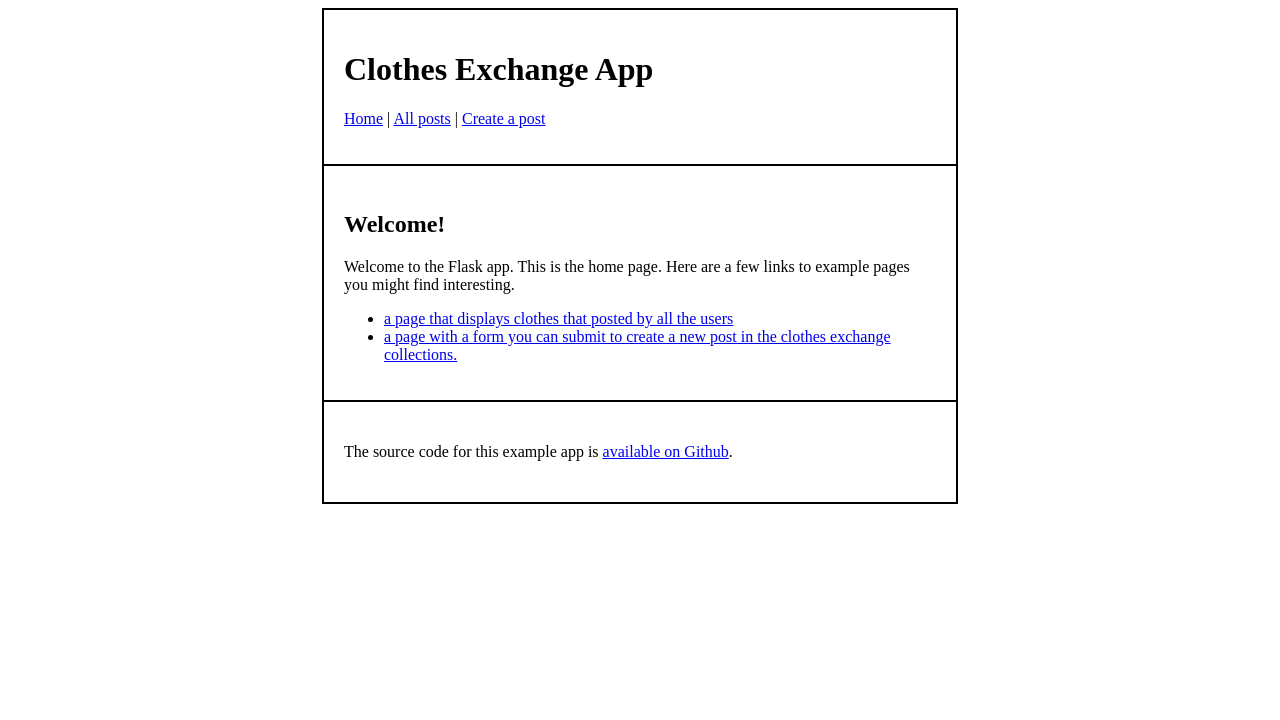
Repository: dbdesign-students-spring2024/7-web-app-dianachen1013
Page: http://localhost/
These files come from the project's save history. The page is drawn as it stood at one moment and after the next save; the edit follows.
The browser window is 1280 px wide. The pictures show the whole page.
The page is served by the project's application, run on Flask 3 (app.py).

Above is the page before, as saved 2024-04-15 17:29:44.

### templates/index.html
{% extends 'base.html' %}

{% block container %}
<h2>Welcome!</h2>
<p>Welcome to the Flask app. This is the home page. Here are a few links to example pages you might find interesting.
    <ul>
        <li><a href="{{ url_for('read')}}">a page that displays clothes that posted by all the users</a></li>
        <li><a href="{{ url_for('create')}}">a page with a form you can submit to create a new post in the clothes exchange collections.</a></li>
    </ul>
</p>
{% endblock %}

### templates/base.html
<!DOCTYPE html>
<html>
  <head>
    <title>Clothes Exchange App</title>
    <link
      rel="stylesheet"
      href="{{ url_for('static', filename='css/style.css') }}"
    />
  </head>
  <body>
    <div class="container">
      <header>
        <h1>Clothes Exchange App</h1>
        <p>
          <a href="{{ url_for('home')}}">Home</a> |
          <a href="{{ url_for('read')}}">All posts</a> |
          <a href="{{ url_for('create')}}">Create a post</a>
        </p>
      </header>
      <main>{% block container %} {% endblock %}</main>
      <footer>
        <p>
          The source code for this example app is
          <a href="https://github.com/nyu-database-design/flask-mongodb-web-app"
            >available on Github</a
          >.
        </p>
      </footer>
    </div>
  </body>
</html>

### app.py
#!/usr/bin/env python3

import os
import sys
import subprocess
import datetime

from flask import Flask, render_template, request, redirect, url_for, make_response

# import logging
import sentry_sdk
from sentry_sdk.integrations.flask import (
    FlaskIntegration,
)  # delete this if not using sentry.io

# from markupsafe import escape
import pymongo
from pymongo.errors import ConnectionFailure
from bson.objectid import ObjectId
from dotenv import load_dotenv

# load credentials and configuration options from .env file
# if you do not yet have a file named .env, make one based on the template in env.example
load_dotenv(override=True)  # take environment variables from .env.

# initialize Sentry for help debugging... this requires an account on sentrio.io
# you will need to set the SENTRY_DSN environment variable to the value provided by Sentry
# delete this if not using sentry.io
sentry_sdk.init(
    dsn=os.getenv("SENTRY_DSN"),
    # enable_tracing=True,
    # Set traces_sample_rate to 1.0 to capture 100% of transactions for performance monitoring.
    traces_sample_rate=1.0,
    # Set profiles_sample_rate to 1.0 to profile 100% of sampled transactions.
    # We recommend adjusting this value in production.
    integrations=[FlaskIntegration()],
    send_default_pii=True,
)

# instantiate the app using sentry for debugging
app = Flask(__name__)

# # turn on debugging if in development mode
# app.debug = True if os.getenv("FLASK_ENV", "development") == "development" else False

# try to connect to the database, and quit if it doesn't work
try:
    cxn = pymongo.MongoClient(os.getenv("MONGO_URI"))
    db = cxn[os.getenv("MONGO_DBNAME")]  # store a reference to the selected database

    # verify the connection works by pinging the database
    cxn.admin.command("ping")  # The ping command is cheap and does not require auth.
    print(" * Connected to MongoDB!")  # if we get here, the connection worked!
except ConnectionFailure as e:
    # catch any database errors
    # the ping command failed, so the connection is not available.
    print(" * MongoDB connection error:", e)  # debug
    sentry_sdk.capture_exception(e)  # send the error to sentry.io. delete if not using
    sys.exit(1)  # this is a catastrophic error, so no reason to continue to live


# set up the routes


@app.route("/")
def home():
    """
    Route for the home page.
    Simply returns to the browser the content of the index.html file located in the templates folder.
    """
    return render_template("index.html")


@app.route("/read")
def read():
    """
    Route for GET requests to the read page.
    Displays some information for the user with links to other pages.
    """
    docs = db.exampleapp.find({}).sort(
        "created_at", -1
    )  # sort in descending order of created_at timestamp
    return render_template("read.html", docs=docs)  # render the read template


@app.route("/create")
def create():
    """
    Route for GET requests to the create page.
    Displays a form users can fill out to create a new document.
    """
    return render_template("create.html")  # render the create template


@app.route("/create", methods=["POST"])
def create_post():
    """
    Route for POST requests to the create page.
    Accepts the form submission data for a new document and saves the document to the database.
    """
    name = request.form["fname"]
    message = request.form["fmessage"]

    # create a new document with the data the user entered
    doc = {"name": name, "message": message, "created_at": datetime.datetime.utcnow()}
    db.exampleapp.insert_one(doc)  # insert a new document

    return redirect(
        url_for("read")
    )  # tell the browser to make a request for the /read route


@app.route("/edit/<mongoid>")
def edit(mongoid):
    """
    Route for GET requests to the edit page.
    Displays a form users can fill out to edit an existing record.

    Parameters:
    mongoid (str): The MongoDB ObjectId of the record to be edited.
    """
    doc = db.exampleapp.find_one({"_id": ObjectId(mongoid)})
    return render_template(
        "edit.html", mongoid=mongoid, doc=doc
    )  # render the edit template


@app.route("/edit/<mongoid>", methods=["POST"])
def edit_post(mongoid):
    """
    Route for POST requests to the edit page.
    Accepts the form submission data for the specified document and updates the document in the database.

    Parameters:
    mongoid (str): The MongoDB ObjectId of the record to be edited.
    """
    name = request.form["fname"]
    message = request.form["fmessage"]

    doc = {
        # "_id": ObjectId(mongoid),
        "name": name,
        "message": message,
        "created_at": datetime.datetime.utcnow(),
    }

    db.exampleapp.update_one(
        {"_id": ObjectId(mongoid)}, {"$set": doc}  # match criteria
    )

    return redirect(
        url_for("read")
    )  # tell the browser to make a request for the /read route


@app.route("/delete/<mongoid>")
def delete(mongoid):
    """
    Route for GET requests to the delete page.
    Deletes the specified record from the database, and then redirects the browser to the read page.

    Parameters:
    mongoid (str): The MongoDB ObjectId of the record to be deleted.
    """
    db.exampleapp.delete_one({"_id": ObjectId(mongoid)})
    return redirect(
        url_for("read")
    )  # tell the web browser to make a request for the /read route.


@app.route("/webhook", methods=["POST"])
def webhook():
    """
    GitHub can be configured such that each time a push is made to a repository, GitHub will make a request to a particular web URL... this is called a webhook.
    This function is set up such that if the /webhook route is requested, Python will execute a git pull command from the command line to update this app's codebase.
    You will need to configure your own repository to have a webhook that requests this route in GitHub's settings.
    Note that this webhook does do any verification that the request is coming from GitHub... this should be added in a production environment.
    """
    # run a git pull command
    process = subprocess.Popen(["git", "pull"], stdout=subprocess.PIPE)
    pull_output = process.communicate()[0]
    # pull_output = str(pull_output).strip() # remove whitespace
    process = subprocess.Popen(["chmod", "a+x", "flask.cgi"], stdout=subprocess.PIPE)
    chmod_output = process.communicate()[0]
    # send a success response
    response = make_response(f"output: {pull_output}", 200)
    response.mimetype = "text/plain"
    return response


@app.errorhandler(Exception)
def handle_error(e):
    """
    Output any errors - good for debugging.
    """
    return render_template("error.html", error=e)  # render the edit template


# run the app
if __name__ == "__main__":
    # logging.basicConfig(filename="./flask_error.log", level=logging.DEBUG)
    app.run(load_dotenv=True)

### static/css/style.css
.container {
  border: 2px solid;
  width: 50%;
  margin: 0 auto;
}

header,
footer,
main {
  padding: 20px;
}

header,
main {
  border-bottom: 2px solid;
  margin-bottom: 5px;
}

p.post {
  font-size: 12px;
}

footer {
  margin-bottom: 5px;
}

After the next save:
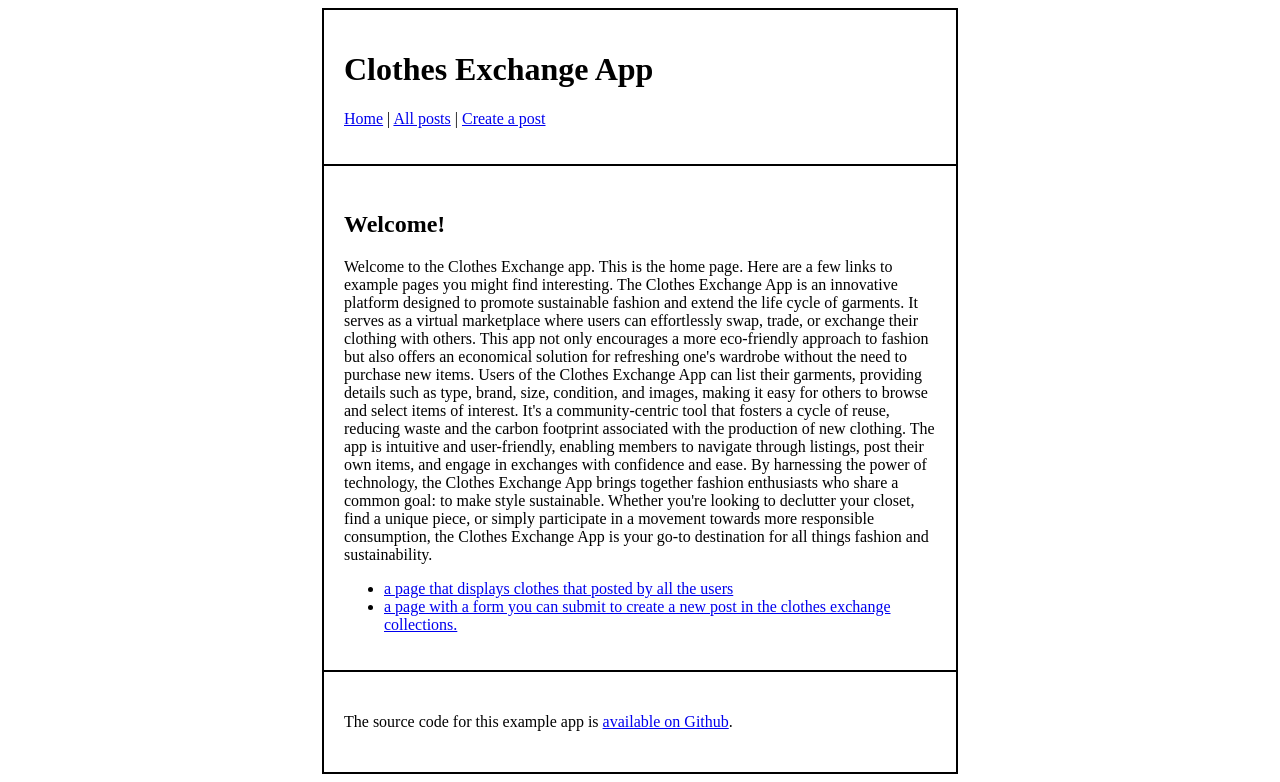
Saved 3 min 57 s later.
--- a/templates/index.html
+++ b/templates/index.html
@@ -2,7 +2,12 @@
 
 {% block container %}
 <h2>Welcome!</h2>
-<p>Welcome to the Flask app. This is the home page. Here are a few links to example pages you might find interesting.
+<p>Welcome to the Clothes Exchange app. This is the home page. Here are a few links to example pages you might find interesting.
+    The Clothes Exchange App is an innovative platform designed to promote sustainable fashion and extend the life cycle of garments. It serves as a virtual marketplace where users can effortlessly swap, trade, or exchange their clothing with others. This app not only encourages a more eco-friendly approach to fashion but also offers an economical solution for refreshing one's wardrobe without the need to purchase new items.
+
+Users of the Clothes Exchange App can list their garments, providing details such as type, brand, size, condition, and images, making it easy for others to browse and select items of interest. It's a community-centric tool that fosters a cycle of reuse, reducing waste and the carbon footprint associated with the production of new clothing.
+
+The app is intuitive and user-friendly, enabling members to navigate through listings, post their own items, and engage in exchanges with confidence and ease. By harnessing the power of technology, the Clothes Exchange App brings together fashion enthusiasts who share a common goal: to make style sustainable. Whether you're looking to declutter your closet, find a unique piece, or simply participate in a movement towards more responsible consumption, the Clothes Exchange App is your go-to destination for all things fashion and sustainability.
     <ul>
         <li><a href="{{ url_for('read')}}">a page that displays clothes that posted by all the users</a></li>
         <li><a href="{{ url_for('create')}}">a page with a form you can submit to create a new post in the clothes exchange collections.</a></li>
